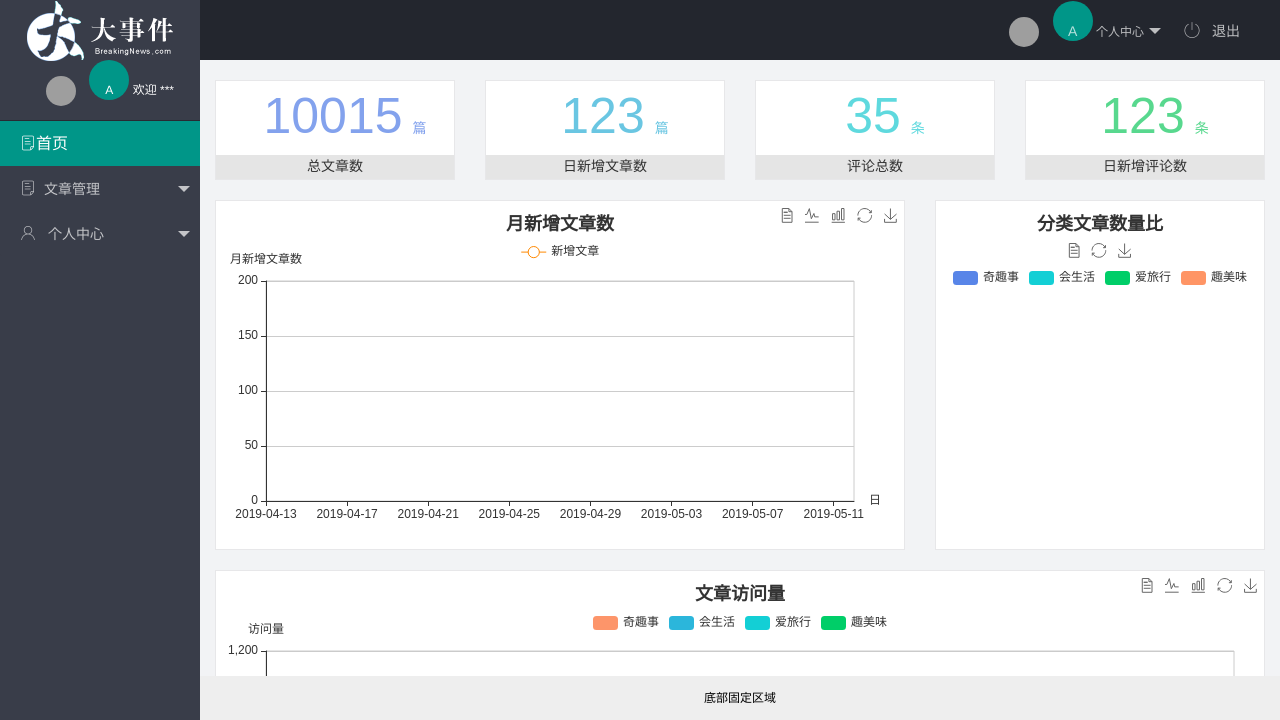
Repository: hjg520/web_bigevent
Page: index.html
The author's editor kept a copy of each file at every save. The page is drawn from the files as they stood at one save, then again after a run of saves.
The browser window is 1280 px wide. The pictures show the whole page.
Pictures or frames that could not be fetched are drawn as grey boxes.

Above is the page before, as saved 2022-05-09 19:53:27.

After the next 8 saves:
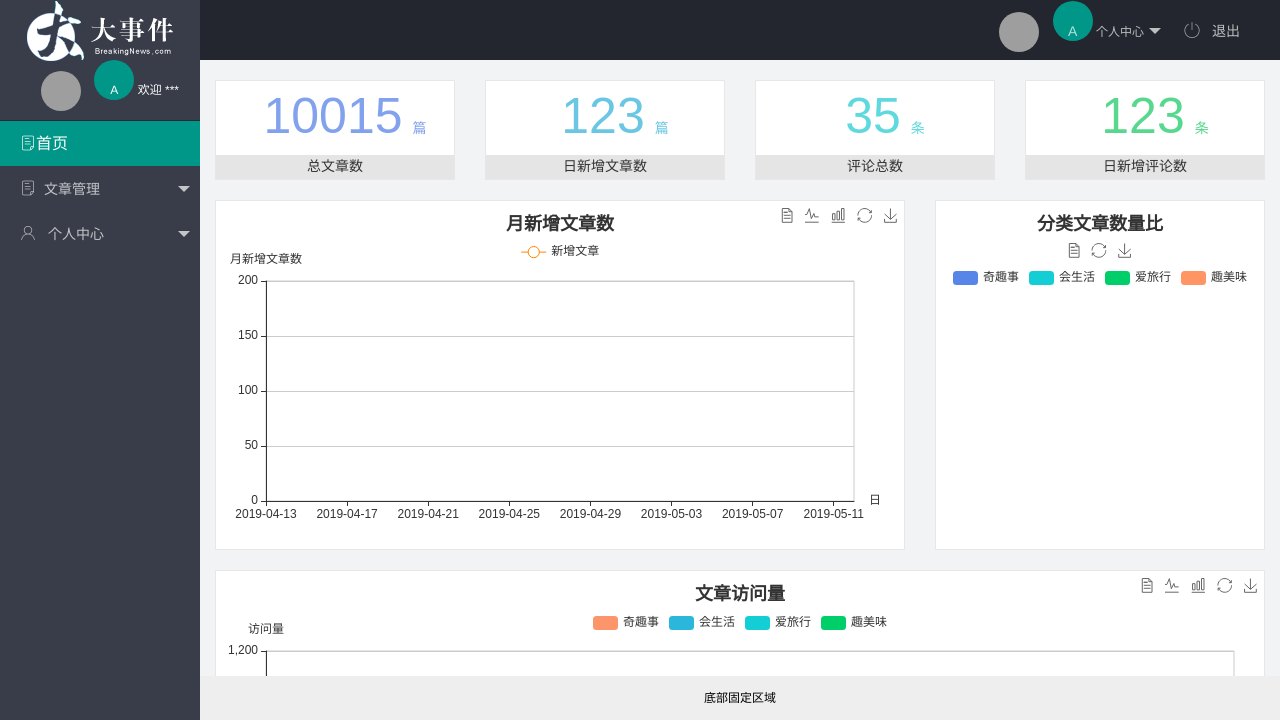
The 8 saves are shown as one change because they came seconds apart.
The last was saved 22 s later.
--- a/assets/css/index.css
+++ b/assets/css/index.css
@@ -74,4 +74,10 @@ a {
 
 }
 
-.layui
+.layui-nav-img {
+
+    width: 40px;
+
+    height: 40px;
+
+}
